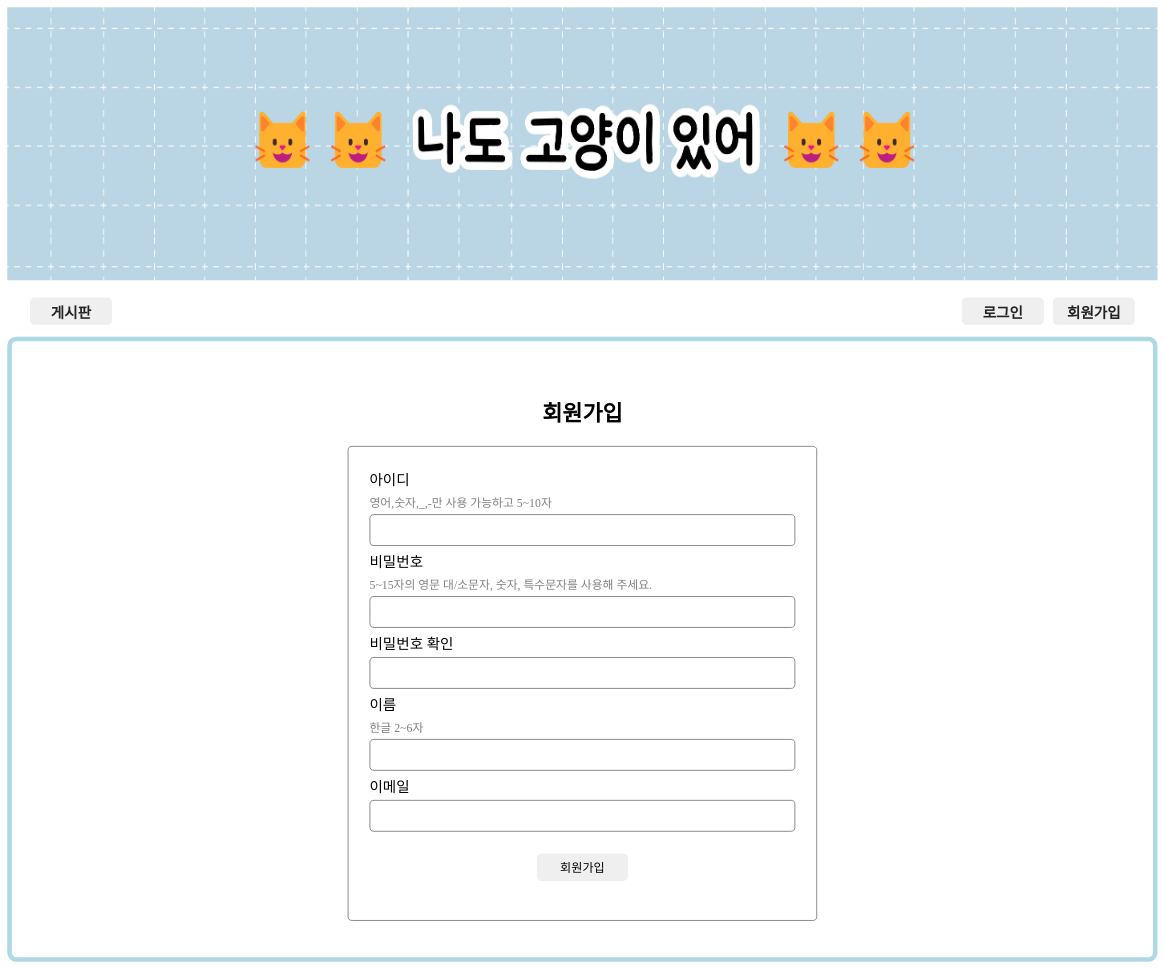
Repository: hh7711/Goit
Page: http://localhost/Goit/WEB-INF/views/signUpPage.jsp
An editor plug-in stored every save of this project. The page is shown before and after the next save, followed by the edit.
The browser window is 1280 px wide. The pictures show the whole page, at 91% of full size.
Some web fonts or font styles are not loaded; a fallback is used. The page is served by Tomcat 9. Nobody is signed in. The template is opened directly, without the code that normally fills it, so the values that code supplies are empty.

Above is the page before, as saved 2023-08-03 07:39:47.

After the next save:
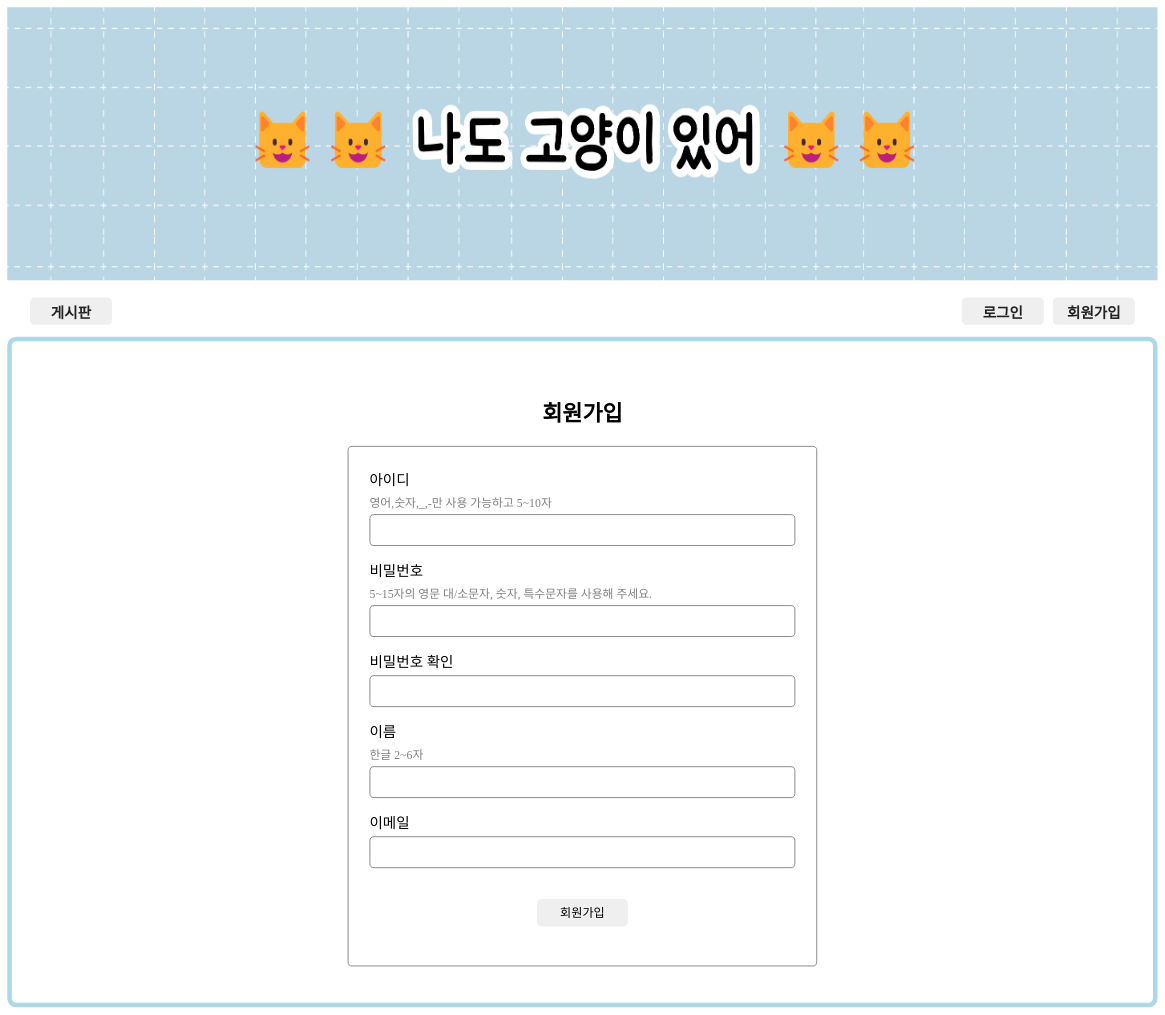
Saved 22 s later.
--- a/Goit/src/main/webapp/WEB-INF/views/signUpPage.jsp
+++ b/Goit/src/main/webapp/WEB-INF/views/signUpPage.jsp
@@ -62,6 +62,7 @@
             height: 23px;
             font-family: 'Dovemayo_gothic';
             padding: 5px;
+            margin-bottom: 10px;
         }
         .write:focus{
             background-color: #E8F5FF;

After the save that followed:
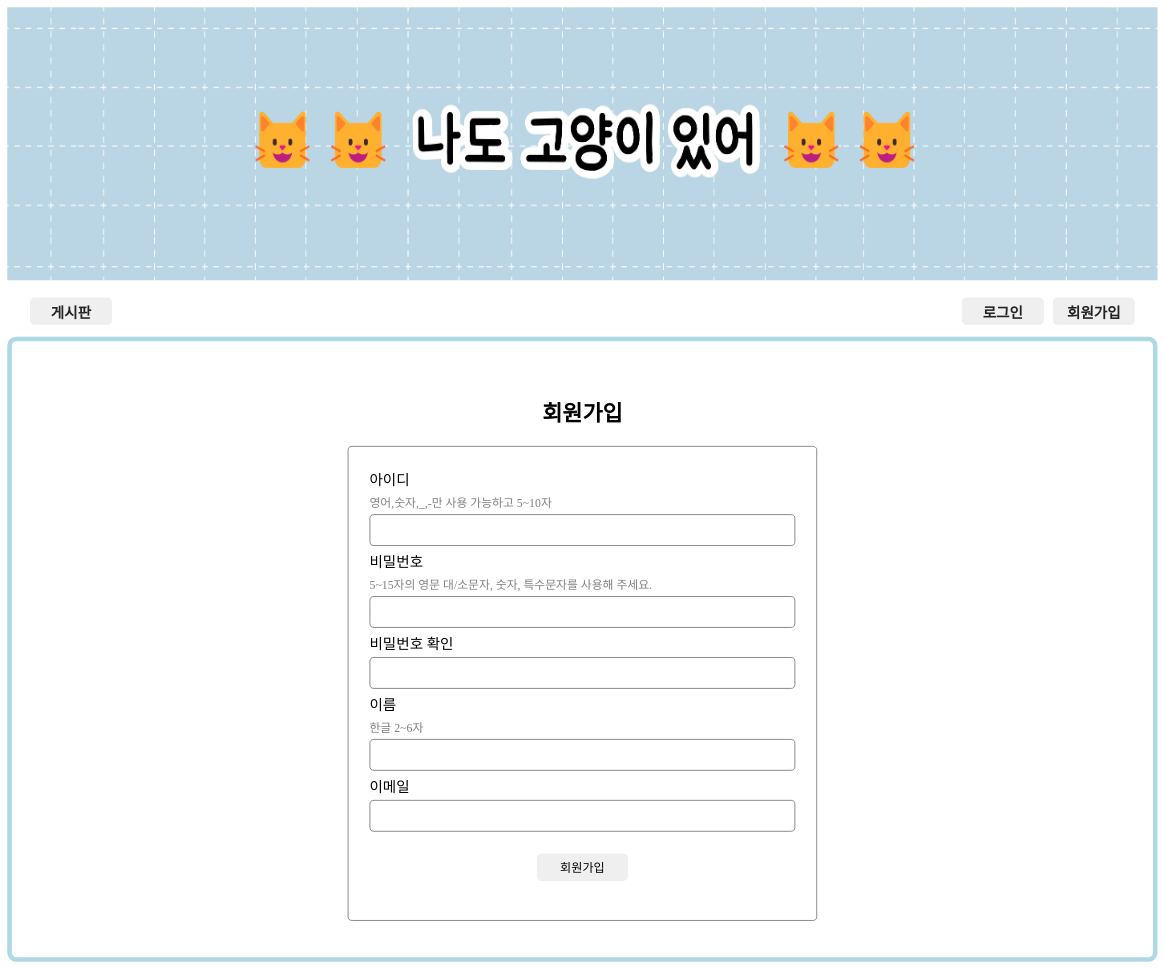
Saved 14 s later.
--- a/Goit/src/main/webapp/WEB-INF/views/signUpPage.jsp
+++ b/Goit/src/main/webapp/WEB-INF/views/signUpPage.jsp
@@ -62,7 +62,6 @@
             height: 23px;
             font-family: 'Dovemayo_gothic';
             padding: 5px;
-            margin-bottom: 10px;
         }
         .write:focus{
             background-color: #E8F5FF;
